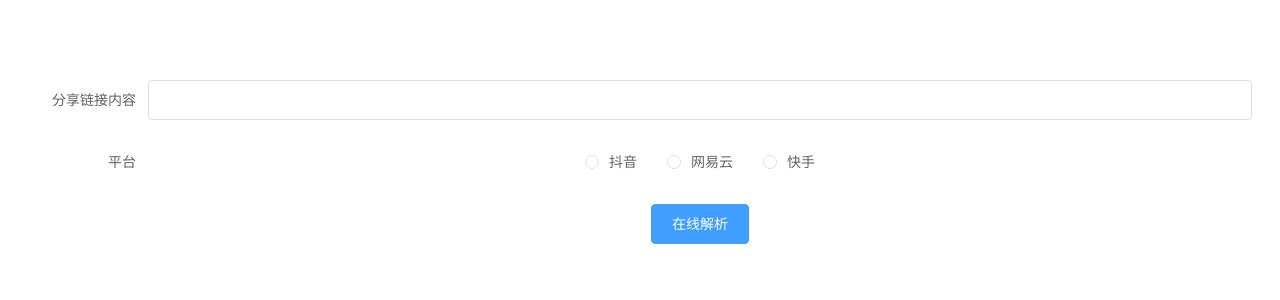
Repository: lyln/freepd
Page: / (app in frontend/freepd/)
An editor plug-in stored every save of this project. The page is shown before and after the next save, followed by the edit.
The browser window is 1280 px wide. The pictures show the whole page.
The project was rebuilt for these pictures with package versions that can differ from the ones it lists, and the page was loaded fresh each time.

Above is the page before, as saved 2022-05-22 17:27:03.

After the next save:
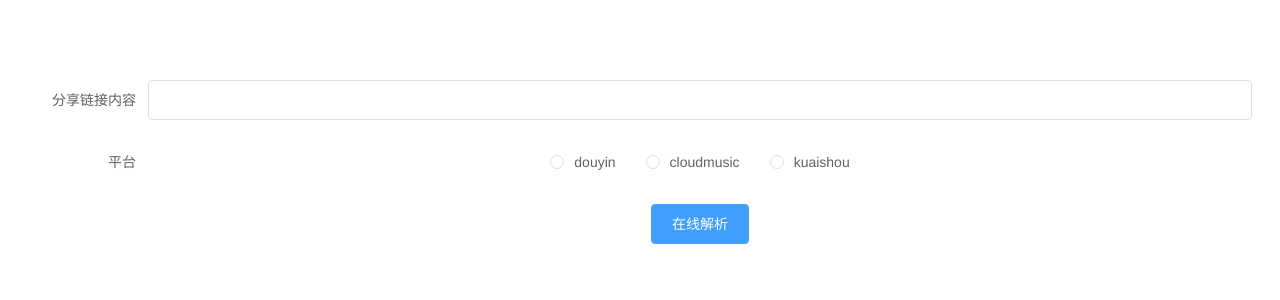
Saved 6 min 25 s later.
--- a/frontend/freepd/src/components/HelloWorld.vue
+++ b/frontend/freepd/src/components/HelloWorld.vue
@@ -10,10 +10,10 @@
 							<el-input v-model="form.url"></el-input>
 						</el-form-item>
 						<el-form-item label="平台" label-width="120px">
-							<el-radio-group v-model="form.type">
-								<el-radio label="抖音"></el-radio>
-								<el-radio label="网易云"></el-radio>
-								<el-radio label="快手"></el-radio>
+							<el-radio-group>
+								<el-radio v-model="type" label="douyin"></el-radio>
+								<el-radio v-model="type" label="cloudmusic"></el-radio>
+								<el-radio v-model="type" label="kuaishou"></el-radio>
 							</el-radio-group>
 						</el-form-item>
 						<el-form-item>

After the 2 saves that followed:
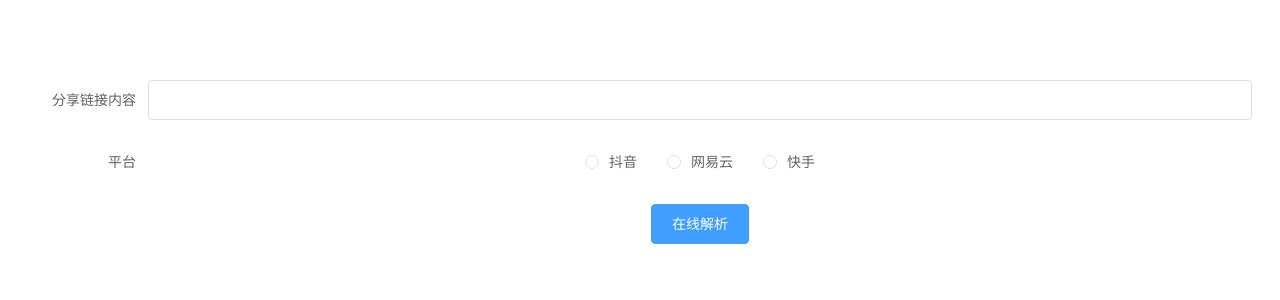
The 2 saves are shown as one change because 1 left the picture as it was.
The last was saved 61 s later.
--- a/frontend/freepd/src/components/HelloWorld.vue
+++ b/frontend/freepd/src/components/HelloWorld.vue
@@ -11,9 +11,9 @@
 						</el-form-item>
 						<el-form-item label="平台" label-width="120px">
 							<el-radio-group>
-								<el-radio v-model="type" label="douyin"></el-radio>
-								<el-radio v-model="type" label="cloudmusic"></el-radio>
-								<el-radio v-model="type" label="kuaishou"></el-radio>
+								<el-radio v-model="type" label="douyin">抖音</el-radio>
+								<el-radio v-model="type" label="cloudmusic">网易云</el-radio>
+								<el-radio v-model="type" label="kuaishou">快手</el-radio>
 							</el-radio-group>
 						</el-form-item>
 						<el-form-item>
@@ -35,7 +35,7 @@
 			msg: 'free parse download',
 			form: {
 				url: '',
-				type: [],
+				type: 'douyin',
 			},
 		}
 	},
